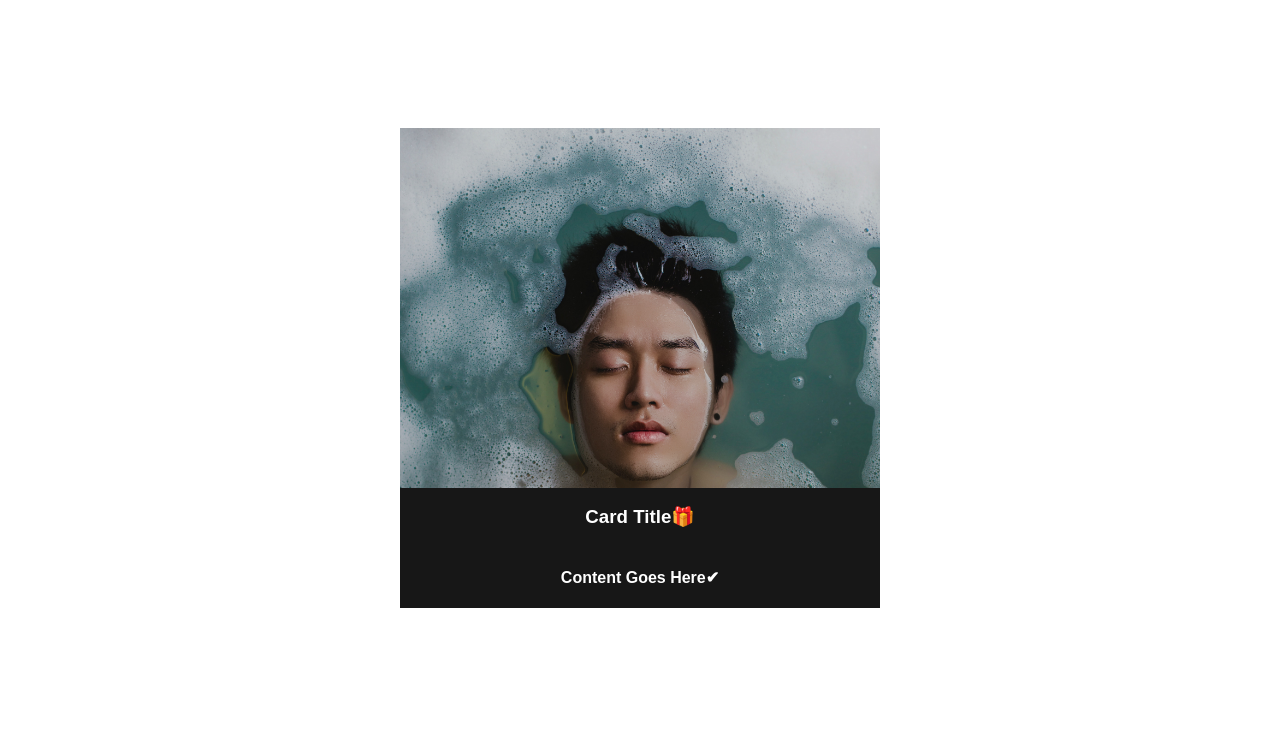
Repository: DevMike1993/100_Projects_HTML_CSS_JAVASCRIPT
Page: 07_Creative_Image_Hover_Effect/02_Effect/index.html
These files come from the project's save history. The page is drawn as it stood at one moment and after a run of saves; the edit follows.
The browser window is 1280 px wide. The pictures show the whole page.

Above is the page before, as saved 2023-11-30 12:00:51.

### 07_Creative_Image_Hover_Effect/02_Effect/index.html
<!DOCTYPE html>
<html lang="en">
<head>
    <meta charset="UTF-8">
    <meta name="viewport" content="width=device-width, initial-scale=1.0">
    <link rel="stylesheet" href="style.css">
    <title>Effect_02</title>
</head>
<body>
    <section class="container">
        <img src="hisu-lee-2qvxIr_DXGo-unsplash.jpg" />
        <article class="content">
            <h1>Card Title🎁</h1>
            <h4>Content Goes Here✔</h4>
        </article>
    </section>
</body>
</html>

### 07_Creative_Image_Hover_Effect/02_Effect/style.css
body {
    height: 100vh;
    display: flex;
    justify-content: center;
    align-items: center;
    font-family: sans-serif;
}

.container {
    width: 30rem;
    height: 30rem;
    position: relative;
    overflow: hidden;
}

.container img {
    width: 100%;
    transition: all 0.5s;
}

.content {
    position: absolute;
    bottom: 0;
    left: 0;
    height: 25%;
    width: 100%;
    /* center the content */
    display: flex;
    flex-direction: column;
    justify-content: center;
    align-items: center;
    color: #fff;
    transition: all 0.5s;
    background: rgb(23, 23, 23);
    transform: translateY();
}

After the next 2 saves:
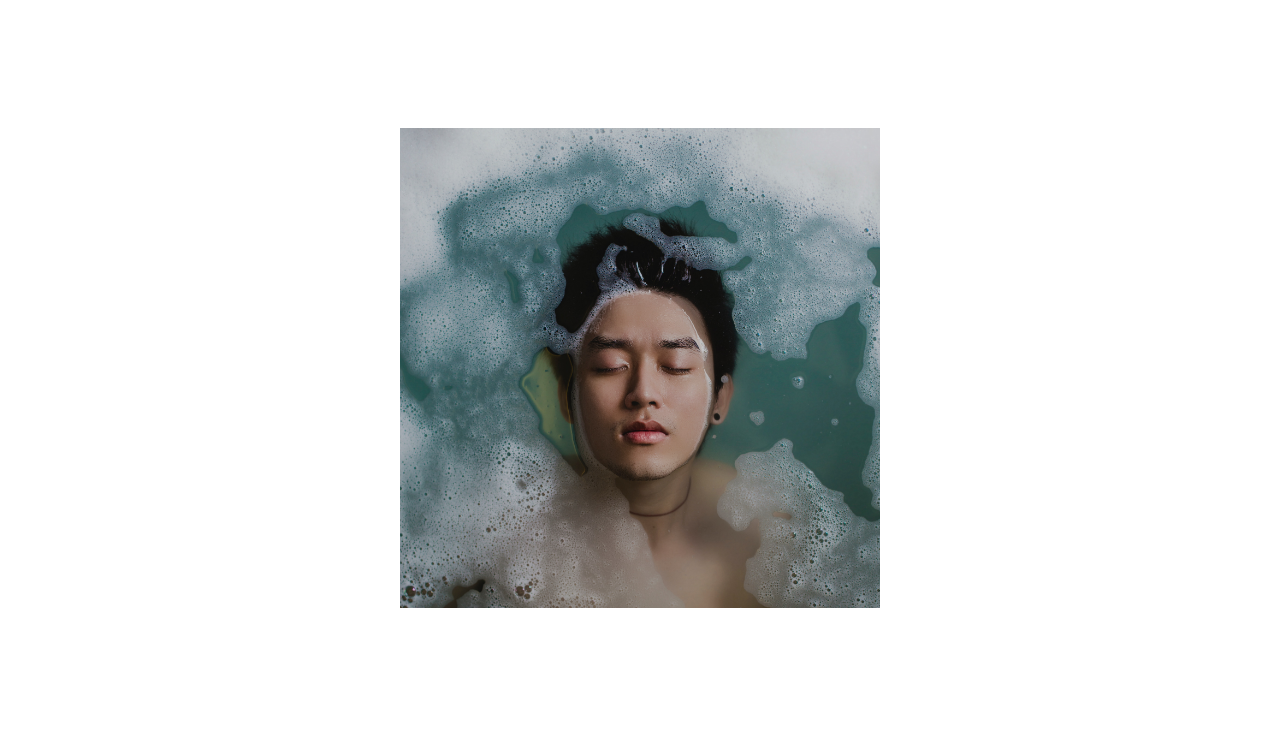
The 2 saves are shown as one change because they came seconds apart.
The last was saved 10 s later.
--- a/07_Creative_Image_Hover_Effect/02_Effect/style.css
+++ b/07_Creative_Image_Hover_Effect/02_Effect/style.css
@@ -32,5 +32,5 @@ body {
     color: #fff;
     transition: all 0.5s;
     background: rgb(23, 23, 23);
-    transform: translateY();
+    transform: translateY(100%);
 }
